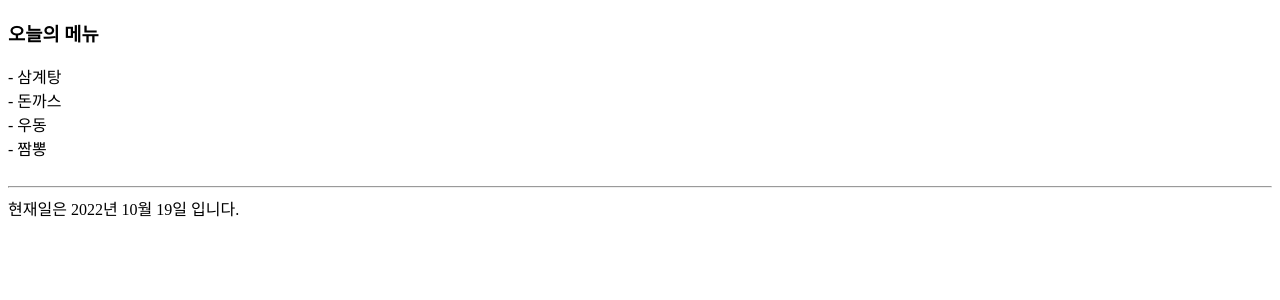
Repository: usonihs/StudyX
Page: http://localhost/JSP/Menu_01.jsp
The author's editor kept a copy of each file at every save. The page is drawn from the files as they stood at one save, then again after the next save.
The browser window is 1280 px wide. The pictures show the whole page.
The page is served by Tomcat 9.

Above is the page before, as saved 2022-10-20 01:48:23.

After the next save:
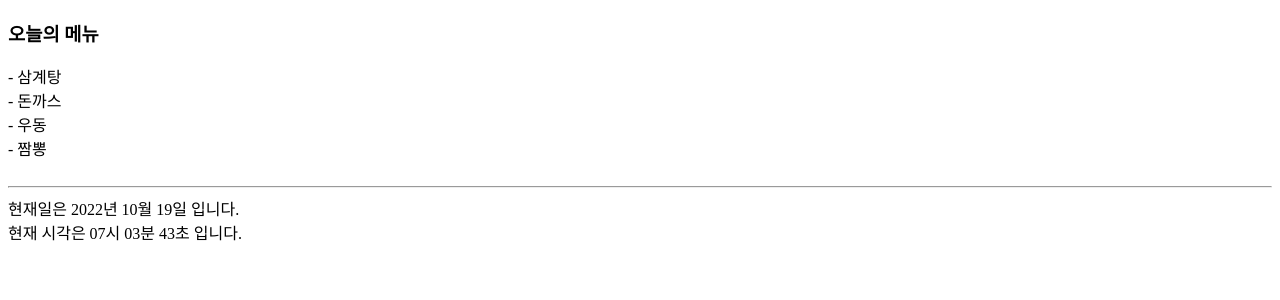
Saved 15 min 53 s later.
--- a/JSP/JSP/src/main/webapp/Menu_01.jsp
+++ b/JSP/JSP/src/main/webapp/Menu_01.jsp
@@ -12,6 +12,6 @@
 - 돈까스 <br>
 - 우동 <br>
 - 짬뽕 <br> <br> <hr>
-<%@include file = "Date_02.jsp" %>
+<%@include file = "TodayTime.jsp" %>
 </body>
 </html>
